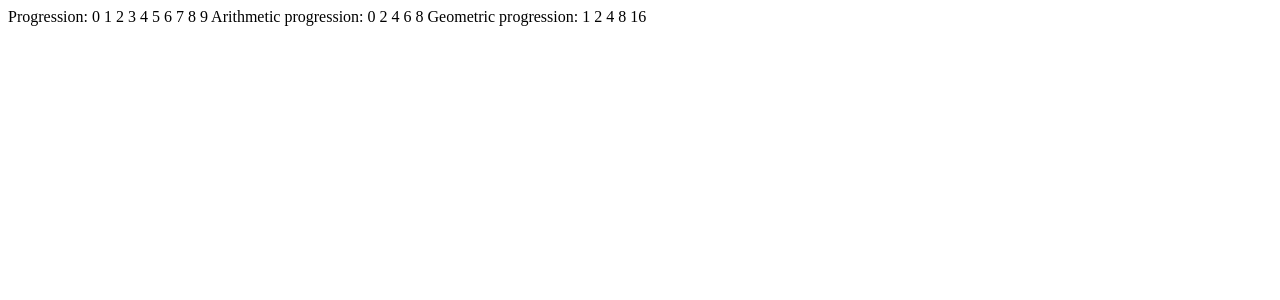
Repository: teban004/algorithms
Page: http://localhost/tests/progression_test.php
An editor plug-in stored every save of this project. The page is shown before and after the next save, followed by the edit.
The browser window is 1280 px wide. The pictures show the whole page.
The page is run by PHP 8.4 with error messages shown; the project is at /var/www/html/.

Above is the page before, as saved 2022-01-06 20:23:12.

### tests/progression_test.php
<?php

    require_once(__DIR__ . "/../classes/progression.php");

    print("Progression: ");
    $myProgression = new Progression();
    $myProgression->printProgression(10);

    print("Arithmetic progression: ");
    $myArithmeticProgression = new ArithmeticProgression(2);
    $myArithmeticProgression->printProgression(5);

    print("Geometric progression: ");
    $myGeometricProgression = new GeometricProgression(2);
    $myGeometricProgression->printProgression(5);

?>

### classes/progression.php
<?php

class Progression {
    public $current;

    function __construct($start=0) {
        $this->current = $start;
    }

    function nextValue() {
        $answer = $this->current;
        $this->advance();
        return $answer;
    }

    function advance() {
        $this->current++;
    }

    function printProgression($n) {
        print($this->nextValue());
        for($j=1; $j<$n; $j++)
            print(" " . $this->nextValue());
        print("\n");
    }
}

class ArithmeticProgression extends Progression {
    public $increment;

    // Constructs arithmetic progression with arbitrary start and increment
    function __construct($stepSize=1, $start=0) {
        parent::__construct($start);
        $this->increment = $stepSize;
    }

    function advance() { // Adds the arithmetic increment to the current value
        $this->current += $this->increment;
    }

}

class GeometricProgression extends Progression {
    public $base;

    // Constructs geometric progression with arbitrary base and start
    function __construct($b=2, $start=1) {
        parent::__construct($start);
        $this->base = $b;
    }

    function advance() {
        $this->current *= $this->base;
    }
}

?>

After the next save:
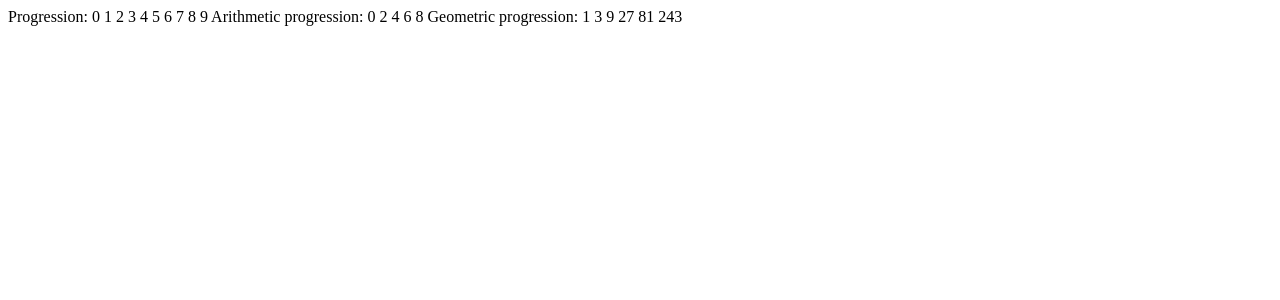
Saved 32 s later.
--- a/tests/progression_test.php
+++ b/tests/progression_test.php
@@ -11,7 +11,7 @@
     $myArithmeticProgression->printProgression(5);
 
     print("Geometric progression: ");
-    $myGeometricProgression = new GeometricProgression(2);
-    $myGeometricProgression->printProgression(5);
+    $myGeometricProgression = new GeometricProgression(3);
+    $myGeometricProgression->printProgression(6);
 
 ?>
